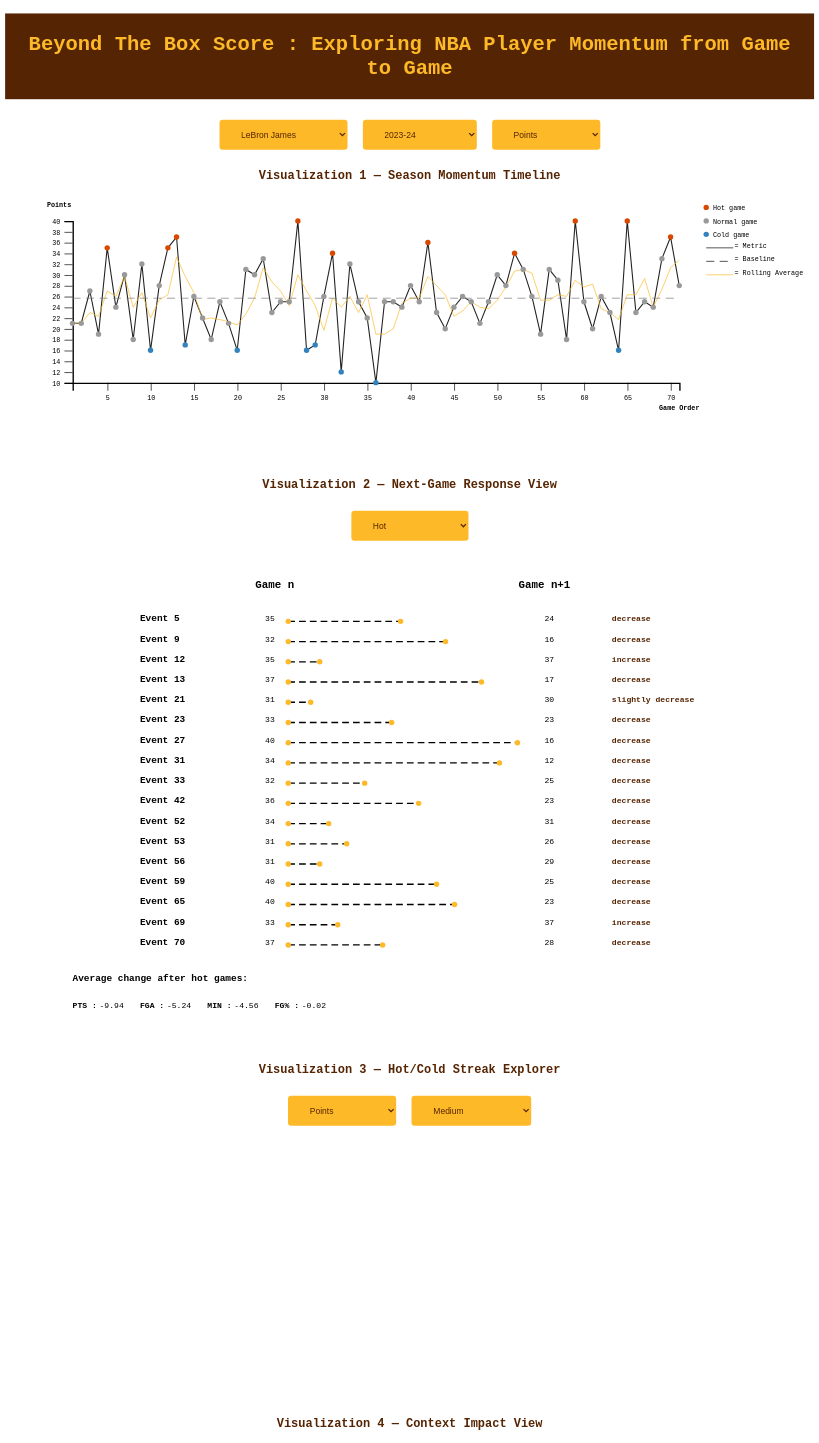
Repository: houdafatih/Data-Viz-Project
Page: index.html
These files come from the project's save history. The page is drawn as it stood at one moment and after the next save; the edit follows.
The browser window is 1280 px wide. The pictures show the whole page, at 64% of full size.

Above is the page before, as saved 2026-06-20 09:46:03.
Console error: ReferenceError: i is not defined

After the next save:
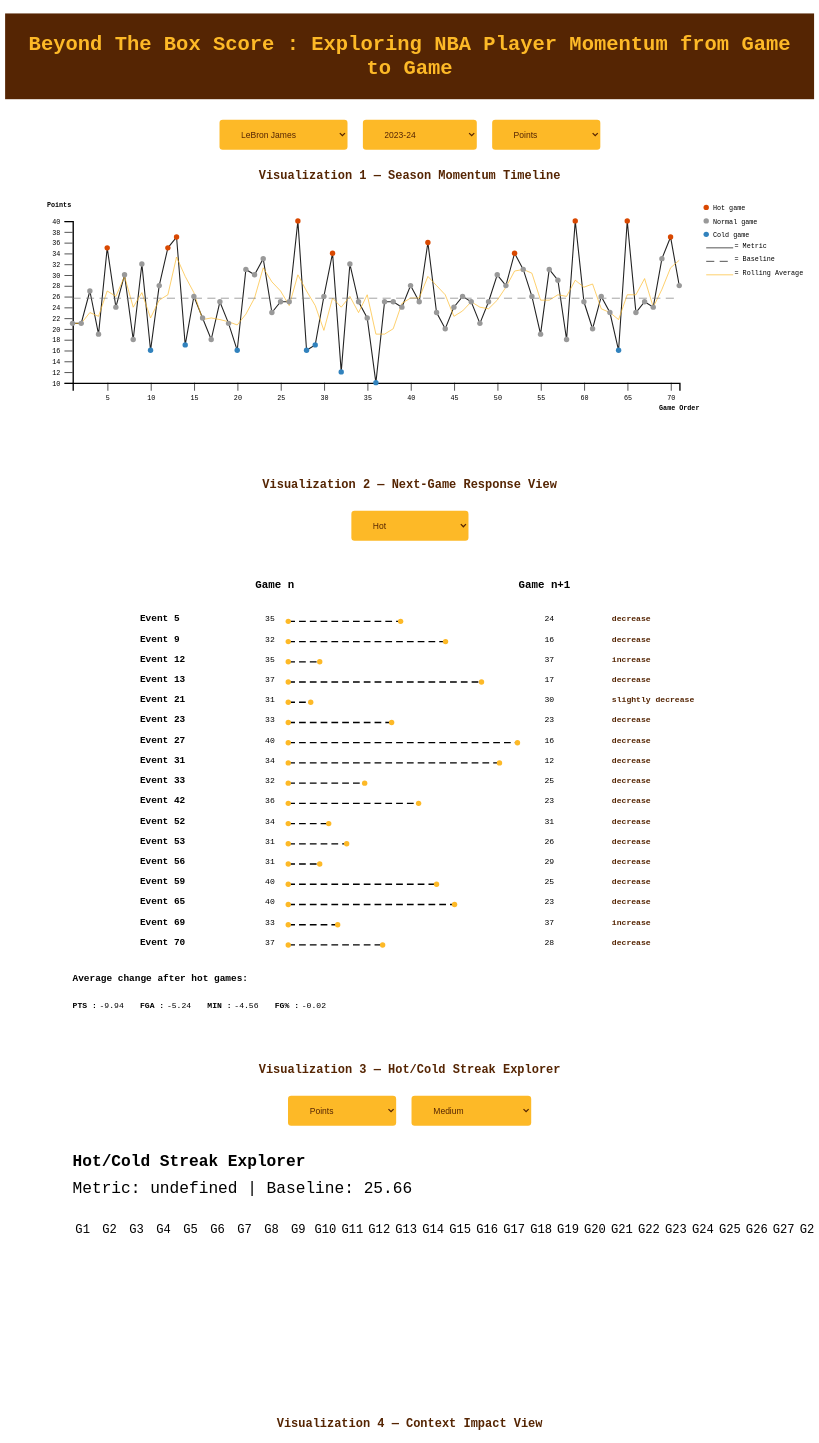
Console error: TypeError: Cannot read properties of undefined (reading 'selectAll')
Saved 2 min 13 s later.
--- a/scripts/visualization3.js
+++ b/scripts/visualization3.js
@@ -50,7 +50,7 @@
 
     return {
         ...d,
-        g_num : i+1,
+        g_num : j+1,
         perf_label:perf_label,
         difference : d[metric] - baseline
     }
